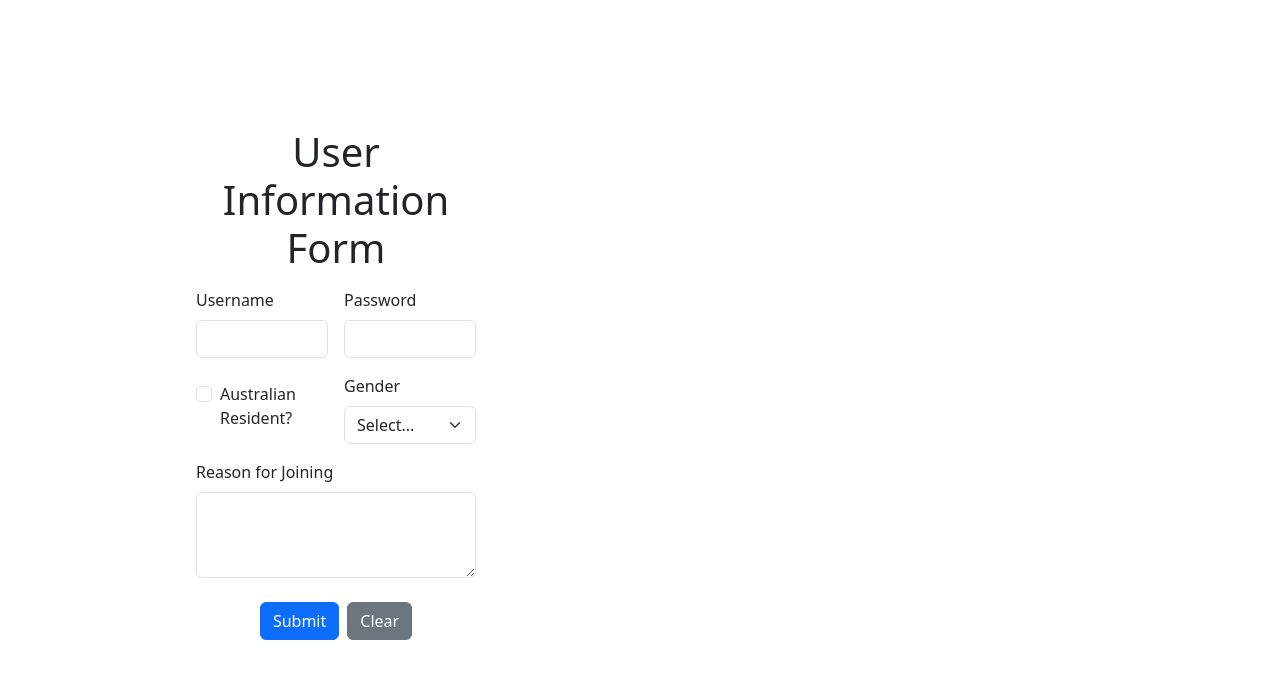
Repository: Andrew-JX/mji-library
Page: /
The author's editor kept a copy of each file at every save. The page is drawn from the files as they stood at one save, then again after a run of saves.
The browser window is 1280 px wide. The pictures show the whole page.
The project was rebuilt for these pictures with package versions that can differ from the ones it lists, and the page was loaded fresh each time. Also part of the build but not shown: vite.config.js, src/components/JSON.vue.

Above is the page before, as saved 2025-08-12 01:06:01.

After the next 3 saves:
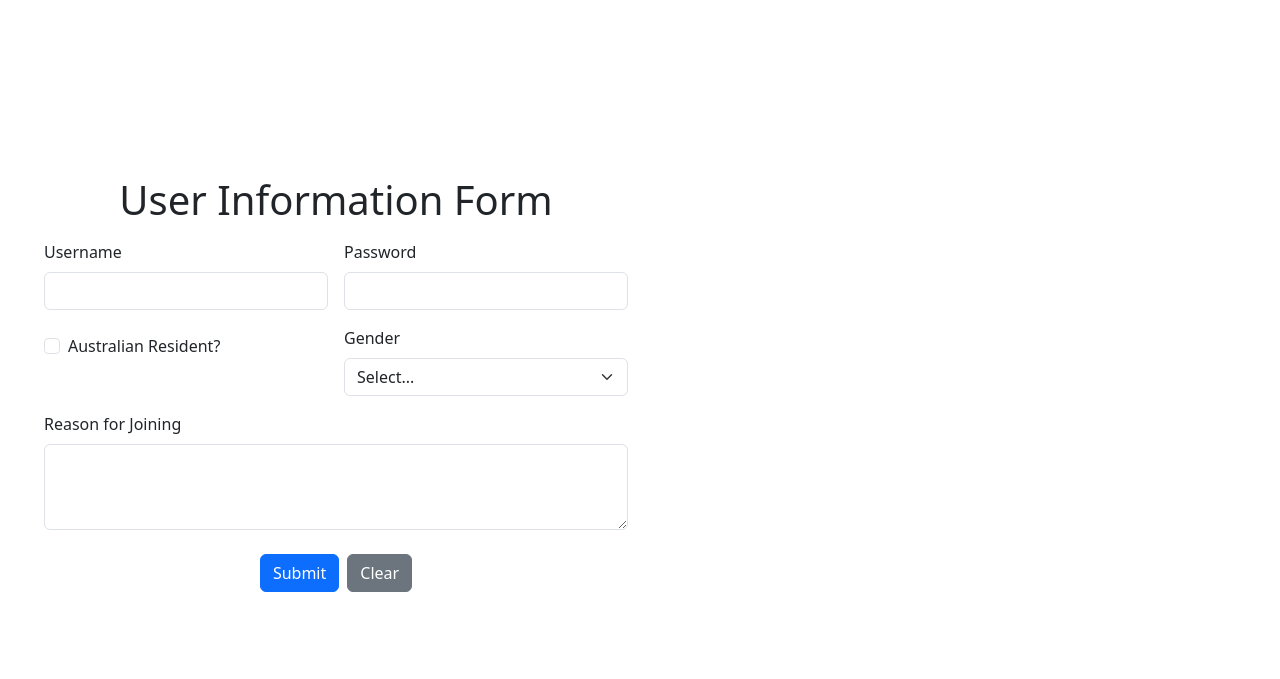
The 3 saves are shown as one change because 2 did not build or start.
The last was saved 14 min 23 s later.
--- a/src/components/Form.vue
+++ b/src/components/Form.vue
@@ -2,69 +2,63 @@
 <template>
   <div class="container mt-5">
     <div class="row">
-      <!-- Make it full-width on xs, narrow and centered from sm/md up -->
-      <div class="col-12 col-sm-10 col-md-8 col-lg-6 offset-0 offset-sm-1 offset-md-2 offset-lg-3">
-        <h1 class="text-center mb-3 display-6 display-md-5">User Information Form</h1>
+      <h1 class="text-center mb-3 display-6">User Information Form</h1>
+      <form @submit.prevent="submitForm">
+        <div class="row g-3">
+          <div class="col-12 col-sm-6">
+            <label for="username" class="form-label">Username</label>
+            <input type="text" class="form-control" id="username" v-model="formData.username" autocomplete="username" />
+          </div>
 
-        <form @submit.prevent="submitForm">
-          <!-- Use a responsive form grid: single column on xs, two columns from md up -->
-          <div class="row g-3">
-            <div class="col-12 col-md-6">
-              <label for="username" class="form-label">Username</label>
-              <input type="text" class="form-control" id="username" v-model="formData.username"
-                autocomplete="username" />
-            </div>
+          <div class="col-12 col-sm-6">
+            <label for="password" class="form-label">Password</label>
+            <input type="password" class="form-control" id="password" v-model="formData.password"
+              autocomplete="new-password" />
+          </div>
 
-            <div class="col-12 col-md-6">
-              <label for="password" class="form-label">Password</label>
-              <input type="password" class="form-control" id="password" v-model="formData.password"
-                autocomplete="new-password" />
-            </div>
-
-            <div class="col-12 col-md-6">
-              <div class="form-check mt-2">
-                <input type="checkbox" class="form-check-input" id="isAustralian" v-model="formData.isAustralian" />
-                <label class="form-check-label" for="isAustralian">Australian Resident?</label>
-              </div>
-            </div>
-
-            <div class="col-12 col-md-6">
-              <label for="gender" class="form-label">Gender</label>
-              <select class="form-select" id="gender" v-model="formData.gender">
-                <option value="">Select...</option>
-                <option value="male">Male</option>
-                <option value="female">Female</option>
-                <option value="other">Other</option>
-              </select>
-            </div>
-
-            <div class="col-12">
-              <label for="reason" class="form-label">Reason for Joining</label>
-              <textarea class="form-control" id="reason" rows="3" v-model="formData.reason"></textarea>
+          <div class="col-12 col-sm-6">
+            <div class="form-check mt-2">
+              <input type="checkbox" class="form-check-input" id="isAustralian" v-model="formData.isAustralian" />
+              <label class="form-check-label" for="isAustralian">Australian Resident?</label>
             </div>
           </div>
 
-          <div class="text-center mt-4">
-            <button type="submit" class="btn btn-primary me-2">Submit</button>
-            <button type="button" class="btn btn-secondary" @click="clearForm">Clear</button>
+          <div class="col-12 col-sm-6">
+            <label for="gender" class="form-label">Gender</label>
+            <select class="form-select" id="gender" v-model="formData.gender">
+              <option value="">Select...</option>
+              <option value="male">Male</option>
+              <option value="female">Female</option>
+              <option value="other">Other</option>
+            </select>
           </div>
-        </form>
 
-        <!-- Submitted cards -->
-        <div class="row mt-5" v-if="submittedCards.length">
-          <div class="d-flex flex-wrap justify-content-start">
-            <div v-for="(card, index) in submittedCards" :key="index" class="card m-2" style="width: 18rem;">
-              <div class="card-header">User Information</div>
-              <ul class="list-group list-group-flush">
-                <li class="list-group-item">Username: {{ card.username }}</li>
-                <li class="list-group-item">Password: {{ card.password }}</li>
-                <li class="list-group-item">
-                  Australian Resident: {{ card.isAustralian ? 'Yes' : 'No' }}
-                </li>
-                <li class="list-group-item">Gender: {{ card.gender }}</li>
-                <li class="list-group-item">Reason: {{ card.reason }}</li>
-              </ul>
-            </div>
+          <div class="col-12">
+            <label for="reason" class="form-label">Reason for Joining</label>
+            <textarea class="form-control" id="reason" rows="3" v-model="formData.reason"></textarea>
+          </div>
+        </div>
+
+        <div class="text-center mt-4">
+          <button type="submit" class="btn btn-primary me-2">Submit</button>
+          <button type="button" class="btn btn-secondary" @click="clearForm">Clear</button>
+        </div>
+      </form>
+
+      <!-- Submitted cards -->
+      <div class="row mt-5" v-if="submittedCards.length">
+        <div class="d-flex flex-wrap justify-content-start">
+          <div v-for="(card, index) in submittedCards" :key="index" class="card m-2" style="width: 18rem;">
+            <div class="card-header">User Information</div>
+            <ul class="list-group list-group-flush">
+              <li class="list-group-item">Username: {{ card.username }}</li>
+              <li class="list-group-item">Password: {{ card.password }}</li>
+              <li class="list-group-item">
+                Australian Resident: {{ card.isAustralian ? 'Yes' : 'No' }}
+              </li>
+              <li class="list-group-item">Gender: {{ card.gender }}</li>
+              <li class="list-group-item">Reason: {{ card.reason }}</li>
+            </ul>
           </div>
         </div>
       </div>
